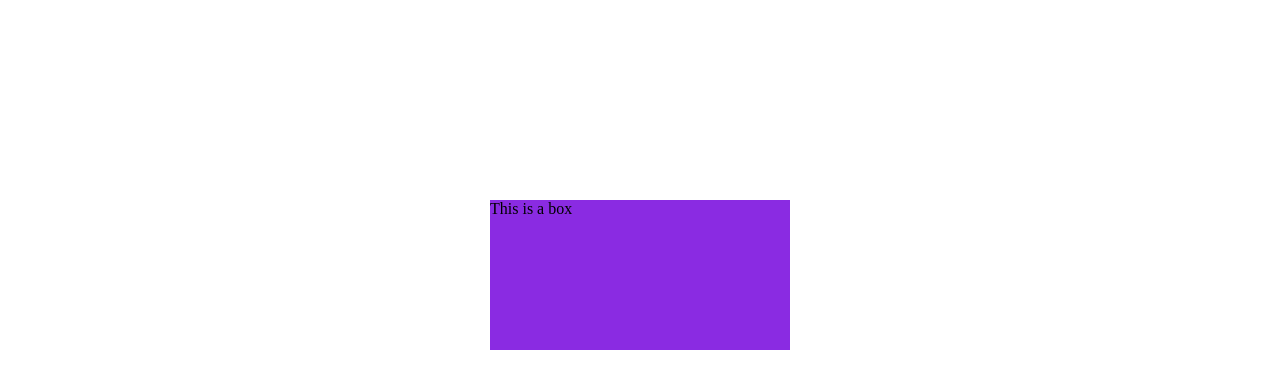
Repository: randomUser134923/pet-projects
Page: CSS_practice/individual-article/transform/index.html
The author's editor kept a record of every edit. The page is drawn from the files as they stood at one moment, then again after the next edit.
The browser window is 1280 px wide. The pictures show the whole page.

Above is the page before.

After the next edit:
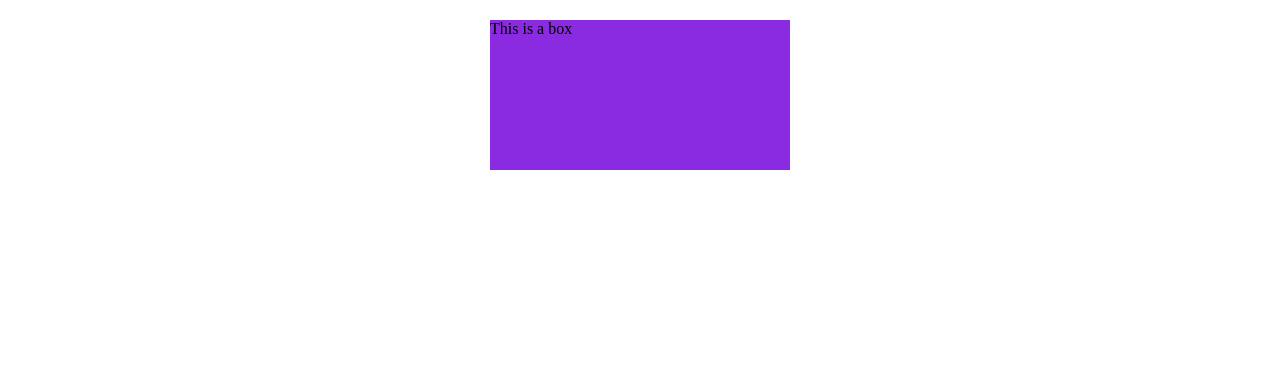
The edit:
--- a/CSS_practice/individual-article/transform/style.css
+++ b/CSS_practice/individual-article/transform/style.css
@@ -3,9 +3,11 @@
     width: 300px;
     height: 150px;
     margin: 20px auto;
-    transition: 500ms linear;
-    margin-top: 200px;
+    animation: moveToRight 2s ease-in-out;
+    animation-delay: 1000ms;
 }
+
+
 .elem:hover {
     opacity: 0.8;
     transform: scale(2.5);
